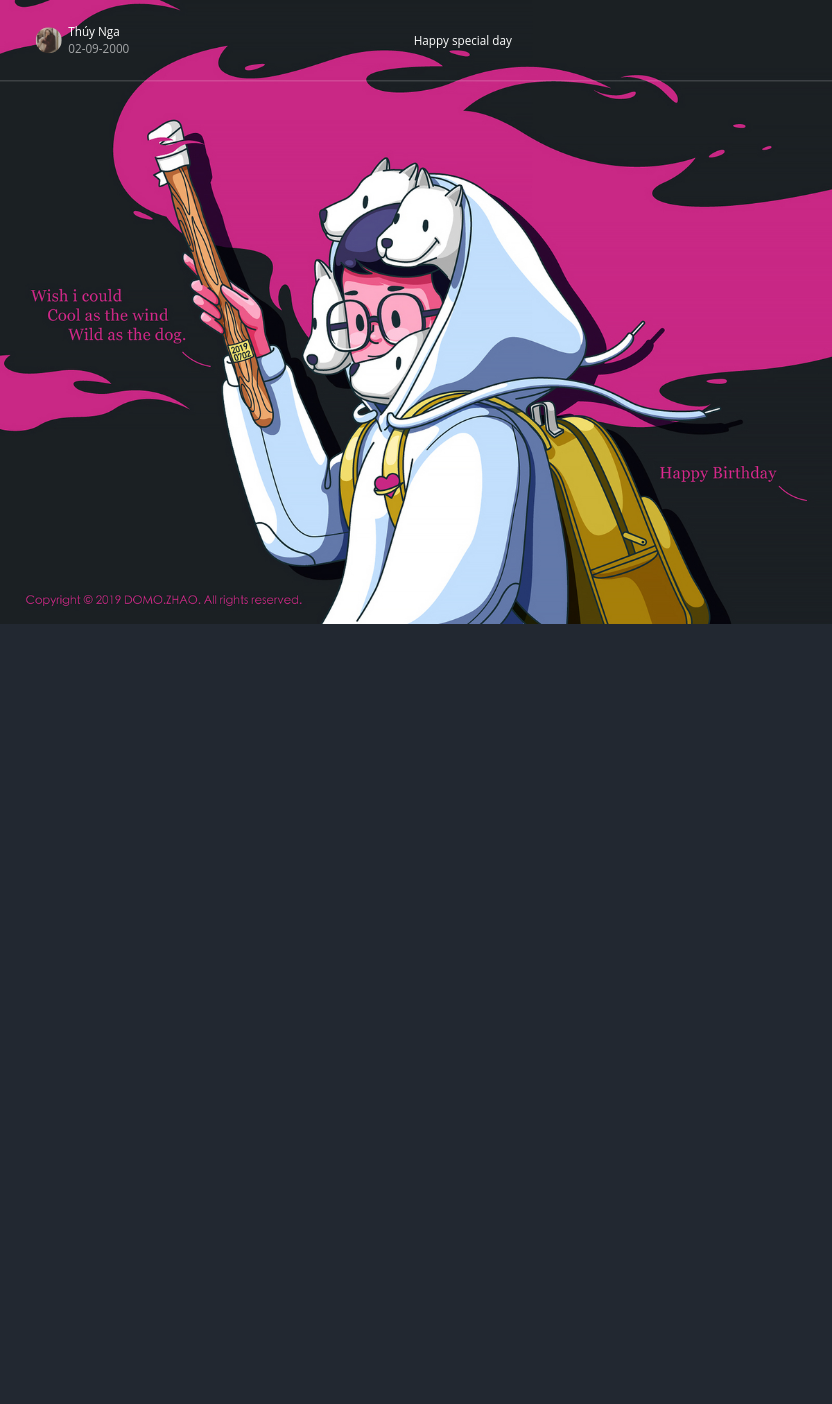
Repository: Datt21/p-happyB
Page: index.html
An editor plug-in stored every save of this project. The page is shown before and after the next save, followed by the edit.
The browser window is 1280 px wide. The pictures show the whole page, at 65% of full size.
Some icons come from a web library that is not loaded, so they are not drawn.

Above is the page before, as saved 2021-08-31 04:56:51.

After the next save:
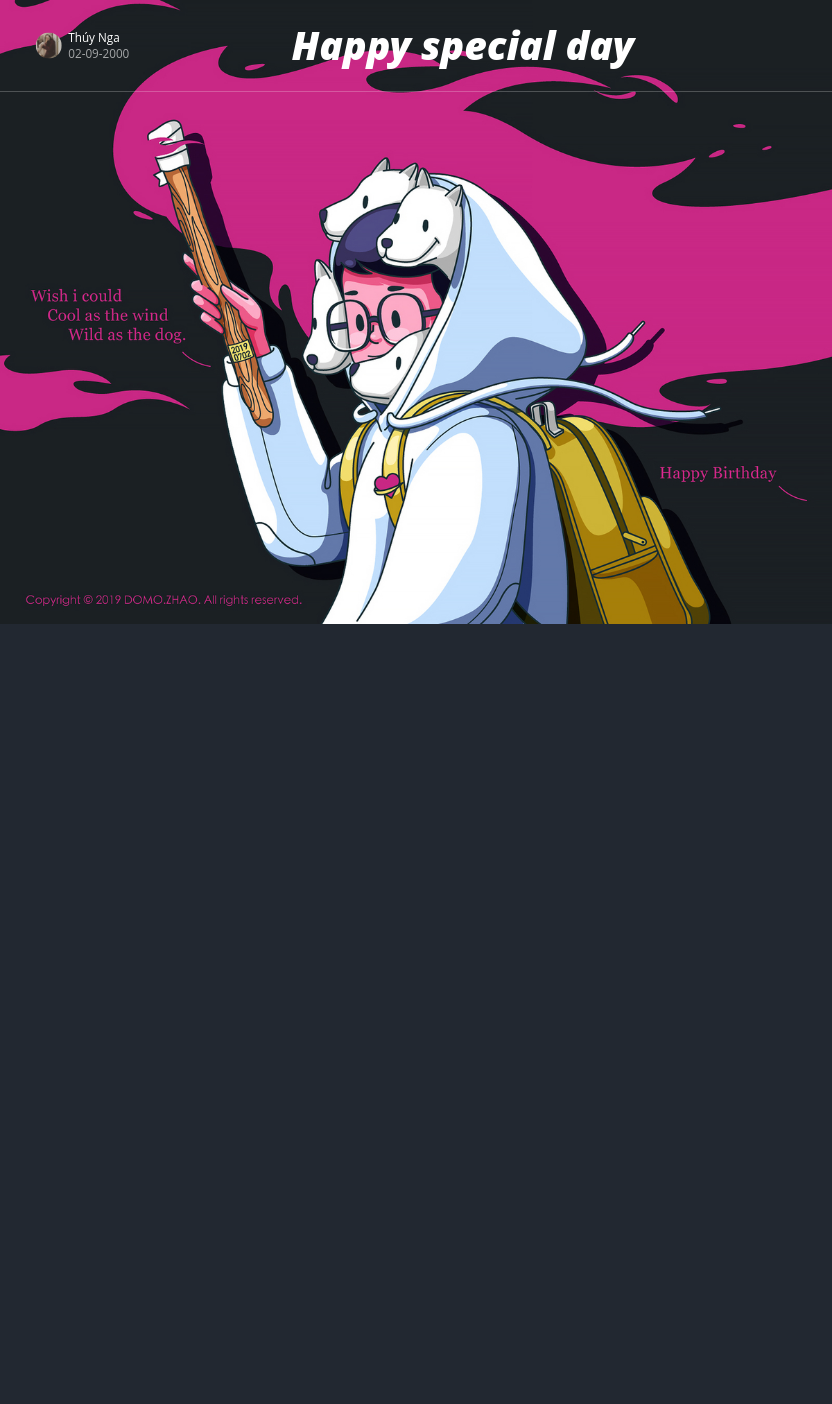
Saved 50 s later.
--- a/app.css
+++ b/app.css
@@ -78,3 +78,9 @@ main {
 .birth-day {
     opacity: 0.6;
 }
+
+.menu .text {
+    font-style: italic;
+    font-size: 60px;
+    font-weight: 800;
+}
